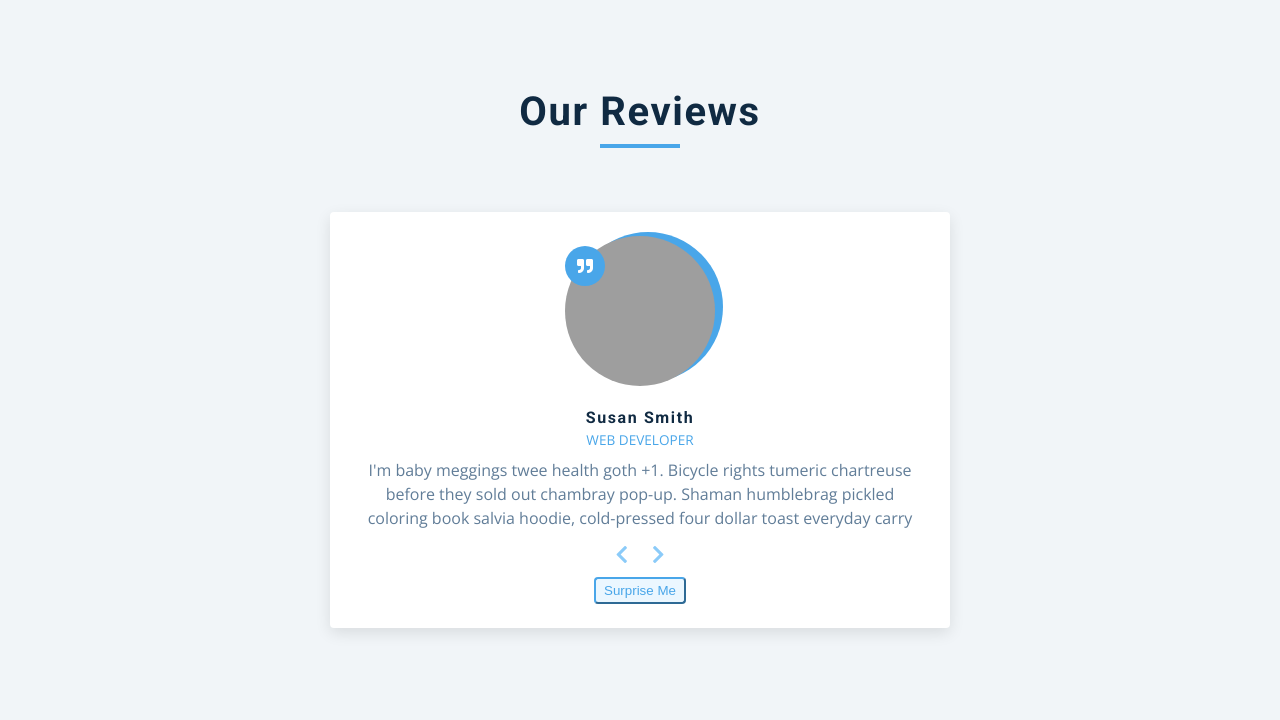
Repository: sunny070/javaScript
Page: Reviews_03/index.html
These files come from the project's save history. The page is drawn as it stood at one moment and after the next save; the edit follows.
The browser window is 1280 px wide. The pictures show the whole page.
Pictures or frames that could not be fetched are drawn as grey boxes. Some web libraries are served in a nearby version.

Above is the page before, as saved 2023-10-04 13:41:00.

### Reviews_03/index.html
<!DOCTYPE html>
<html lang="en">
  <head>
    <meta charset="UTF-8" />
    <meta name="viewport" content="width=device-width, initial-scale=1.0" />
    <title>Review</title>
    <link
      rel="stylesheet"
      href="https://cdnjs.cloudflare.com/ajax/libs/font-awesome/5.14.0/css/all.min.css"
    />
    <link rel="stylesheet" href="style.css" />
  </head>
  <body>
    <main>
      <section class="container">
        <div class="title">
          <h2>Our Reviews</h2>
          <div class="underline"></div>
        </div>
        <article class="review">
          <div class="img-container">
            <img id="person-img" src="person-1.jpeg" alt="" />
          </div>
          <h4 id="author">sara jones</h4>
          <p id="job">ux Designer</p>
          <p id="info">
            Lorem ipsum dolor sit amet consectetur, adipisicing elit. Officia,
            tempora illo hic itaque ex aperiam optio temporibus laboriosam enim
            aspernatur placeat facilis, eveniet dolorem eaque. Nam, saepe! Vel,
            quisquam ea. Minus modi corrupti unde ullam quod earum odio sapiente
            mollitia temporibus, dolore saepe consectetur inventore assumenda
            nesciunt perferendis, sunt quaerat, facilis laboriosam repudiandae
            pariatur. Recusandae autem minima eveniet qui alias. Consequatur
            culpa ipsa saepe
          </p>

          <div class="button-container">
            <button class="prev-btn">
              <i class="fas fa-chevron-left"></i>
            </button>
            <button class="next-btn">
              <i class="fas fa-chevron-right"></i>
            </button>
          </div>
          <button class="random-btn">Surprise me</button>
        </article>
      </section>
    </main>

    <script src="app.js"></script>
  </body>
</html>

### Reviews_03/style.css
/*
===============
Fonts
===============
*/
@import url("https://fonts.googleapis.com/css?family=Open+Sans|Roboto:400,700&display=swap");

/*
===============
Variables
===============
*/

:root {
  /* dark shades of primary color*/
  --clr-primary-1: hsl(205, 86%, 17%);
  --clr-primary-2: hsl(205, 77%, 27%);
  --clr-primary-3: hsl(205, 72%, 37%);
  --clr-primary-4: hsl(205, 63%, 48%);
  /* primary/main color */
  --clr-primary-5: hsl(205, 78%, 60%);
  /* lighter shades of primary color */
  --clr-primary-6: hsl(205, 89%, 70%);
  --clr-primary-7: hsl(205, 90%, 76%);
  --clr-primary-8: hsl(205, 86%, 81%);
  --clr-primary-9: hsl(205, 90%, 88%);
  --clr-primary-10: hsl(205, 100%, 96%);
  /* darkest grey - used for headings */
  --clr-grey-1: hsl(209, 61%, 16%);
  --clr-grey-2: hsl(211, 39%, 23%);
  --clr-grey-3: hsl(209, 34%, 30%);
  --clr-grey-4: hsl(209, 28%, 39%);
  /* grey used for paragraphs */
  --clr-grey-5: hsl(210, 22%, 49%);
  --clr-grey-6: hsl(209, 23%, 60%);
  --clr-grey-7: hsl(211, 27%, 70%);
  --clr-grey-8: hsl(210, 31%, 80%);
  --clr-grey-9: hsl(212, 33%, 89%);
  --clr-grey-10: hsl(210, 36%, 96%);
  --clr-white: #fff;
  --clr-red-dark: hsl(360, 67%, 44%);
  --clr-red-light: hsl(360, 71%, 66%);
  --clr-green-dark: hsl(125, 67%, 44%);
  --clr-green-light: hsl(125, 71%, 66%);
  --clr-black: #222;
  --ff-primary: "Roboto", sans-serif;
  --ff-secondary: "Open Sans", sans-serif;
  --transition: all 0.3s linear;
  --spacing: 0.1rem;
  --radius: 0.25rem;
  --light-shadow: 0 5px 15px rgba(0, 0, 0, 0.1);
  --dark-shadow: 0 5px 15px rgba(0, 0, 0, 0.2);
  --max-width: 1170px;
  --fixed-width: 620px;
}
/*
===============
Global Styles
===============
*/

*,
::after,
::before {
  margin: 0;
  padding: 0;
  box-sizing: border-box;
}
body {
  font-family: var(--ff-secondary);
  background: var(--clr-grey-10);
  color: var(--clr-grey-1);
  line-height: 1.5;
  font-size: 0.875rem;
}
ul {
  list-style-type: none;
}
a {
  text-decoration: none;
}
h1,
h2,
h3,
h4 {
  letter-spacing: var(--spacing);
  text-transform: capitalize;
  line-height: 1.25;
  margin-bottom: 0.75rem;
  font-family: var(--ff-primary);
}
h1 {
  font-size: 3rem;
}
h2 {
  font-size: 2rem;
}
h3 {
  font-size: 1.25rem;
}
h4 {
  font-size: 0.875rem;
}
p {
  margin-bottom: 1.25rem;
  color: var(--clr-grey-5);
}
@media screen and (min-width: 800px) {
  h1 {
    font-size: 4rem;
  }
  h2 {
    font-size: 2.5rem;
  }
  h3 {
    font-size: 1.75rem;
  }
  h4 {
    font-size: 1rem;
  }
  body {
    font-size: 1rem;
  }
  h1,
  h2,
  h3,
  h4 {
    line-height: 1;
  }
}
/*  global classes */

/* section */
.section {
  padding: 5rem 0;
}

.section-center {
  width: 90vw;
  margin: 0 auto;
  max-width: 1170px;
}
@media screen and (min-width: 992px) {
  .section-center {
    width: 95vw;
  }
}
main {
  min-height: 100vh;
  display: grid;
  place-items: center;
}

/*
===============
Reviews
===============
*/
main {
  min-height: 100vh;
  display: grid;
  place-items: center;
}
.title {
  text-align: center;
  margin-bottom: 4rem;
}
.underline {
  height: 0.25rem;
  width: 5rem;
  background: var(--clr-primary-5);
  margin-left: auto;
  margin-right: auto;
}
.container {
  width: 80vw;
  max-width: var(--fixed-width);
}
.review {
  background: var(--clr-white);
  padding: 1.5rem 2rem;
  border-radius: var(--radius);
  box-shadow: var(--light-shadow);
  transition: var(--transition);
  text-align: center;
}
.review:hover {
  box-shadow: var(--dark-shadow);
}
.img-container {
  position: relative;
  width: 150px;
  height: 150px;
  border-radius: 50%;
  margin: 0 auto;
  margin-bottom: 1.5rem;
}
#person-img {
  width: 100%;
  display: block;
  height: 100%;
  object-fit: cover;
  border-radius: 50%;
  position: relative;
}
.img-container::after {
  font-family: "Font Awesome 5 Free";
  font-weight: 900;
  content: "\f10e";
  position: absolute;
  top: 0;
  left: 0;
  width: 2.5rem;
  height: 2.5rem;
  display: grid;
  place-items: center;
  border-radius: 50%;
  transform: translateY(25%);
  background: var(--clr-primary-5);
  color: var(--clr-white);
}
.img-container::before {
  content: "";
  width: 100%;
  height: 100%;
  background: var(--clr-primary-5);
  position: absolute;
  top: -0.25rem;
  right: -0.5rem;
  border-radius: 50%;
}
#author {
  margin-bottom: 0.25rem;
}
#job {
  margin-bottom: 0.5rem;
  text-transform: uppercase;
  color: var(--clr-primary-5);
  font-size: 0.85rem;
}
#info {
  margin-bottom: 0.75rem;
}
.prev-btn,
.next-btn {
  color: var(--clr-primary-7);
  font-size: 1.25rem;
  background: transparent;
  border-color: transparent;
  margin: 0 0.5rem;
  transition: var(--transition);
  cursor: pointer;
}
.prev-btn:hover,
.next-btn:hover {
  color: var(--clr-primary-5);
}
.random-btn {
  margin-top: 0.5rem;
  background: var(--clr-primary-10);
  color: var(--clr-primary-5);
  padding: 0.25rem 0.5rem;
  text-transform: capitalize;
  border-radius: var(--radius);
  transition: var(--transition);
  border-color: var(--clr-primary-5);
  cursor: pointer;
}
.random-btn:hover {
  background: var(--clr-primary-5);
  color: var(--clr-primary-1);
}

### Reviews_03/app.js
const reviews = [
  {
    id: 1,
    name: "susan smith",
    job: "web developer",
    img: "https://www.course-api.com/images/people/person-1.jpeg",
    text: "I'm baby meggings twee health goth +1. Bicycle rights tumeric chartreuse before they sold out chambray pop-up. Shaman humblebrag pickled coloring book salvia hoodie, cold-pressed four dollar toast everyday carry",
  },
  {
    id: 2,
    name: "anna johnson",
    job: "web designer",
    img: "https://www.course-api.com/images/people/person-2.jpeg",
    text: "Helvetica artisan kinfolk thundercats lumbersexual blue bottle. Disrupt glossier gastropub deep v vice franzen hell of brooklyn twee enamel pin fashion axe.photo booth jean shorts artisan narwhal.",
  },
  {
    id: 3,
    name: "peter jones",
    job: "intern",
    img: "https://www.course-api.com/images/people/person-4.jpeg",
    text: "Sriracha literally flexitarian irony, vape marfa unicorn. Glossier tattooed 8-bit, fixie waistcoat offal activated charcoal slow-carb marfa hell of pabst raclette post-ironic jianbing swag.",
  },
  {
    id: 4,
    name: "bill anderson",
    job: "the boss",
    img: "https://www.course-api.com/images/people/person-3.jpeg",
    text: "Edison bulb put a bird on it humblebrag, marfa pok pok heirloom fashion axe cray stumptown venmo actually seitan. VHS farm-to-table schlitz, edison bulb pop-up 3 wolf moon tote bag street art shabby chic. ",
  },
];

//select items
const img=document.getElementById('person-img');
const author=document.getElementById('author');
const job=document.getElementById('job');
const info=document.getElementById('info');

const prevBtn =document.querySelector('.prev-btn')
const nextBtn =document.querySelector('.next-btn')
const randomBtn =document.querySelector('.random-btn')

//set starting item
let currentItem = 0;

//load initial item
window.addEventListener('DOMContentLoaded',function(){
  // console.log('shake and bake')
  showPerson(currentItem);
})

//show person based on item

function showPerson(person){
  const item = reviews[person];
  console.log(item)
  img.src = item.img;
  author.textContent=item.name;
  job.textContent=item.job;
  info.textContent=item.text;
}

//show next person

nextBtn.addEventListener('click',function(){
  currentItem++;
  if(currentItem>reviews.length - 1){
    currentItem=0
  }
  showPerson(currentItem);
})

//show prev person


prevBtn.addEventListener('click',function(){
  currentItem--;
  if(currentItem<0){
    currentItem=reviews.length -1;
  }
  showPerson(currentItem);
})


randomBtn.addEventListener('click',function(){
  currentItem=Math.floor(Math.random()*reviews.length)
  showPerson(currentItem);

})

After the next save:
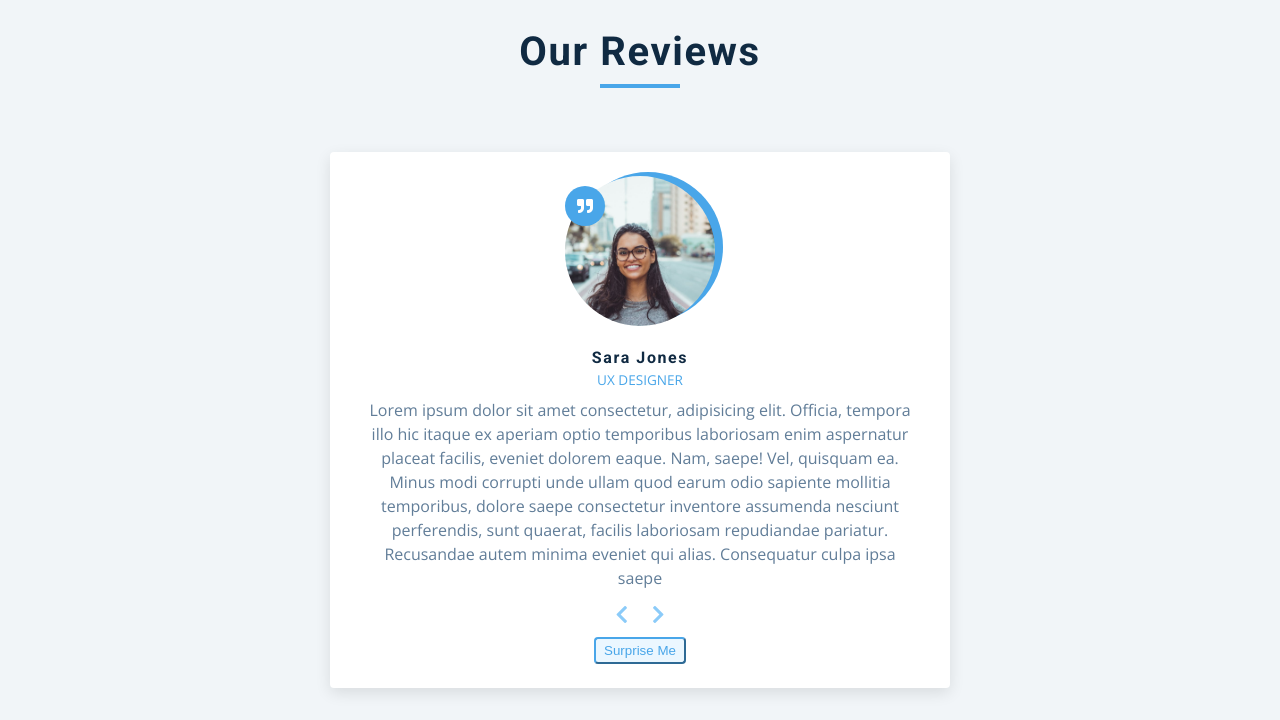
Console error: ReferenceError: person is not defined
Saved 72 s later.
--- a/Reviews_03/app.js
+++ b/Reviews_03/app.js
@@ -50,7 +50,7 @@
 
 //show person based on item
 
-function showPerson(person){
+function showPerson(){
   const item = reviews[person];
   console.log(item)
   img.src = item.img;

After the 2 saves that followed:
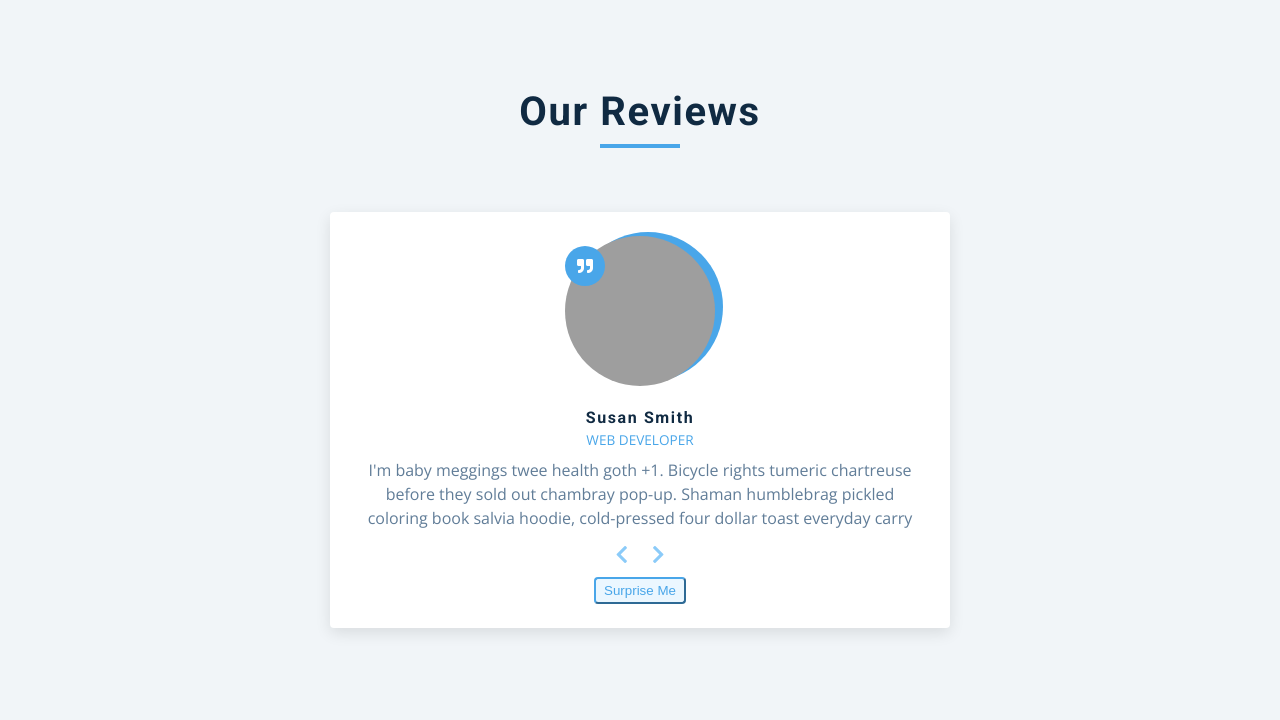
The error is gone.
The 2 saves are shown as one change because they came seconds apart.
The last was saved 9 s later.
--- a/Reviews_03/app.js
+++ b/Reviews_03/app.js
@@ -45,13 +45,13 @@
 //load initial item
 window.addEventListener('DOMContentLoaded',function(){
   // console.log('shake and bake')
-  showPerson(currentItem);
+  showPerson();
 })
 
 //show person based on item
 
 function showPerson(){
-  const item = reviews[person];
+  const item = reviews[currentItem];
   console.log(item)
   img.src = item.img;
   author.textContent=item.name;
